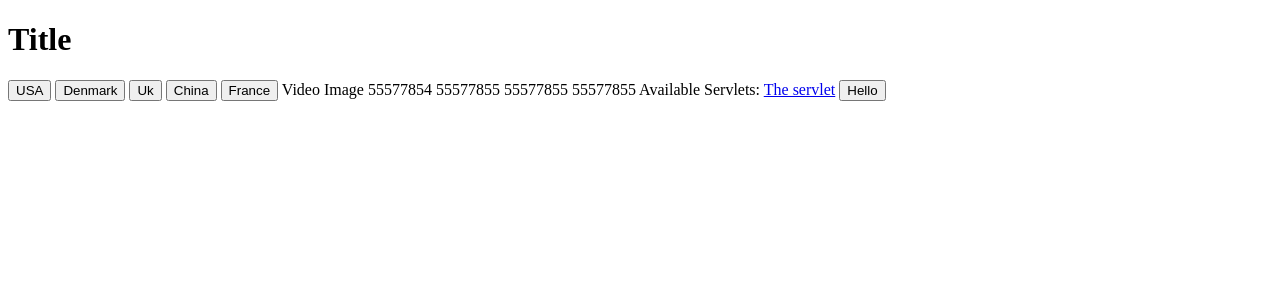
Repository: isauraAlmar/App-Engine-and-Internationalization-with-Java
Page: http://localhost/Marven/
These files come from the project's save history. The page is drawn as it stood at one moment and after the next save; the edit follows.
The browser window is 1280 px wide. The pictures show the whole page.
Some web fonts or font styles are not loaded; a fallback is used. The page is served by Tomcat 9. Other server files are loaded and not shown.

Above is the page before, as saved 2017-05-04 10:53:11.

### Marven/src/main/webapp/index.jsp
<!DOCTYPE html>
<%@ page contentType="text/html;charset=UTF-8" language="java" %>
<%@ page import="com.exemple.HelloInfo" %>
<!-- [START_EXCLUDE] -->
<%--
  ~ Copyright (c) 2016 Google Inc. All Rights Reserved.
  ~
  ~ Licensed under the Apache License, Version 2.0 (the "License"); you
  ~ may not use this file except in compliance with the License. You may
  ~ obtain a copy of the License at
  ~
  ~     http://www.apache.org/licenses/LICENSE-2.0
  ~
  ~ Unless required by applicable law or agreed to in writing, software
  ~ distributed under the License is distributed on an "AS IS" BASIS,
  ~ WITHOUT WARRANTIES OR CONDITIONS OF ANY KIND, either express or
  ~ implied. See the License for the specific language governing
  ~ permissions and limitations under the License.
  --%>
<!-- [END_EXCLUDE] -->
<html>
<head>
  <link href='//fonts.googleapis.com/css?family=Marmelad' rel='stylesheet' type='text/css'>
  <title>Hello App Engine Standard</title>
</head>
<body>

    <h1> Title </h1>
    <button >USA</button>
    <button >Denmark</button>
	<button >Uk</button>
	<button >China</button>
	<button >France</button>



  <tr>
    <th rowspan="2">Video Image</th>
    <td>55577854</td>
  </tr>
  <tr>
    <td>55577855</td>
  </tr>
  <tr>
    <td>55577855</td>
  </tr>
  <tr>
    <td>55577855</td>
  </tr>

</table>

    <tr>
      <td colspan="2" style="font-weight:bold;">Available Servlets:</td>
    </tr>
    <tr>
      <td><a href='/hello'>The servlet</a></td>
    </tr>
  </table>
  <button >Hello</button>


</body>
</html>

After the next save:
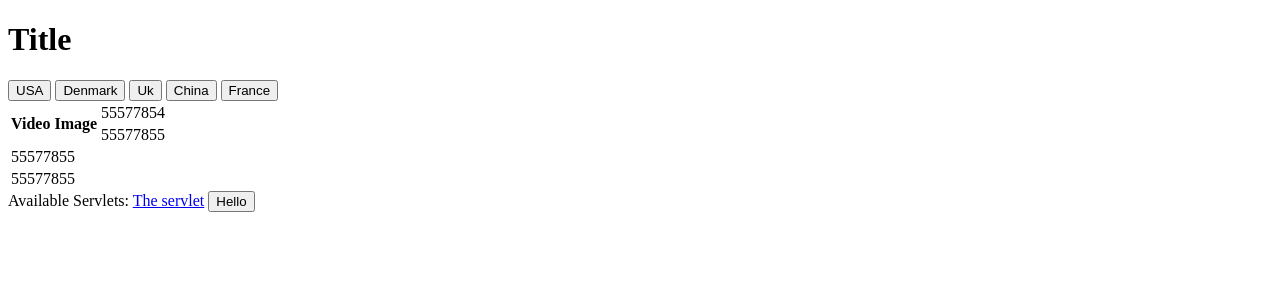
Saved 43 s later.
--- a/Marven/src/main/webapp/index.jsp
+++ b/Marven/src/main/webapp/index.jsp
@@ -26,6 +26,7 @@
 <body>
 
     <h1> Title </h1>
+
     <button >USA</button>
     <button >Denmark</button>
 	<button >Uk</button>
@@ -33,7 +34,7 @@
 	<button >France</button>
 
 
-
+ <table>
   <tr>
     <th rowspan="2">Video Image</th>
     <td>55577854</td>
